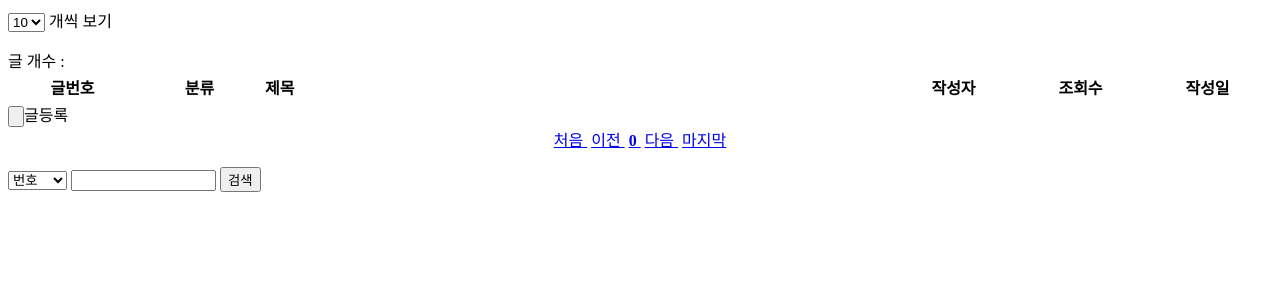
Repository: ekgus419/hckj
Page: http://localhost/Railro/WEB-INF/views/freeBoard/freeBoardList.jsp
The author's editor kept a copy of each file at every save. The page is drawn from the files as they stood at one save, then again after the next save.
The browser window is 1280 px wide. The pictures show the whole page.
The page is served by Tomcat 9. Nobody is signed in. Other server files are loaded and not shown. The template is opened directly, without the code that normally fills it, so the values that code supplies are empty.

Above is the page before, as saved 2016-09-01 13:38:04.

### Railro/src/main/webapp/WEB-INF/views/freeBoard/freeBoardList.jsp
<%@ page language="java" pageEncoding="UTF-8" trimDirectiveWhitespaces="true"%>
<%@ taglib prefix="c" uri="http://java.sun.com/jsp/jstl/core" %>

<div class="content">
	<div class="setting">
		<div class="limit-setting">
			<form action="" method="get">
				<select name="limit" onchange="this.form.submit()">
					<option value="5">5</option>
					<option value="10" selected="selected">10</option>
					<option value="15">15</option>
					<option value="20">20</option>
				</select>
				개씩 보기
			</form>
		</div>
		<span>글 개수 : <b>${listCount}</b></span>
	</div>

	<form name="listForm" action="freeBoardList.htm">
		<input type="hidden" name="pageNo" value=""/>
		<table width="100%">
		  <tr>
		    <th width="10%">글번호</th>
		    <th width="10%">분류</th>
		    <th width="50%" style="text-align: left">제목</th>
		    <th width="10%">작성자</th>
		    <th width="10%">조회수</th>
		    <th width="10%">작성일</th>
		  </tr>

		 <c:forEach var="freeBoard" items="${freeBoardList}">
		  <tr>
		  	<td> ${freeBoard.ID}</td>
		  	<td>${freeBoard.SUBJECT}</td>
		  	<td style="text-align: left"><a href="freeBoardDetail.htm?ID=${freeBoard.ID}">${freeBoard.TITLE}></a></td>
		  	<td>${freeBoard.WRITER}</td>
		  	<td>${freeBoard.HIT}</td>
		  	<td>${freeBoard.REGDATE}</td>
		  </tr>
		  </c:forEach>
		</table>

		<div class="button1">
			<input type="button" onclick="location.href='freeBoardReg.htm'">글등록</input>
		</div>

		<div class="paging" align="center">
			<jsp:include page="../inc/paging.jsp" flush ="true">
				<jsp:param name="firstPageNo" value="${paging.firstPageNo}" />
				<jsp:param name="prevPageNo" value="${paging.prevPageNo}" />
				<jsp:param name="startPageNo" value="${paging.startPageNo}" />
				<jsp:param name="pageNo" value="${paging.pageNo}" />
				<jsp:param name="endPageNo" value="${paging.endPageNo}" />
				<jsp:param name="nextPageNo" value="${paging.nextPageNo}" />
				<jsp:param name="finalPageNo" value="${paging.finalPageNo}" />
			</jsp:include>
		</div>
	</form>

    <!-- 검색입력 폼 -->
	<form method="post" action="freeBoardList.htm">
		<div class="search">
		  	<select name="keyField">
		  		<option value="ID">번호 </option>
		        <option value="WRITER">작성자 </option>
		        <option value="TITLE">제목 </option>
				<option value="CONTENTS">내용 </option>
				<option value="SUBJECT">분류 </option>
		    </select>
		  	<input type="text" name="keyWord" size="15"/>
			<input type="submit" value="검색"/>
		</div>
	 </form>
</div>

### Railro/src/main/webapp/WEB-INF/views/inc/paging.jsp
<%@ page language="java" contentType="text/html; charSet=UTF-8" pageEncoding="UTF-8" %>
<%@ taglib prefix="c" uri="http://java.sun.com/jsp/jstl/core" %>

<style>
.selected{
	font-weight: bold;
}
</style>
<script type="text/javascript">
	function goPage(pageNo){
		document.listForm.pageNo.value = pageNo;
		document.listForm.submit();
	}
</script>

<div class="pagination">
	<a href="javascript:goPage(${param.firstPageNo})" class="first">처음&nbsp;</a>
	<a href="javascript:goPage(${param.prevPageNo})" class="prev">이전&nbsp;</a>
	<span>
		<c:forEach var="i" begin="${param.startPageNo}" end="${param.endPageNo}" step="1">
			<c:choose>
				<c:when test="${i eq param.pageNo}">
					<a href="javascript:goPage(${i})" class="selected">${i}&nbsp;</a>
				</c:when>
				<c:otherwise>
					<a href="javascript:goPage(${i})">${i}&nbsp;</a>
				</c:otherwise>
			</c:choose>
		</c:forEach>
	</span>
	<a href="javascript:goPage(${param.nextPageNo})" class="next">다음&nbsp;</a>
	<a href="javascript:goPage(${param.finalPageNo})" class="last">마지막</a>
</div>

After the next save:
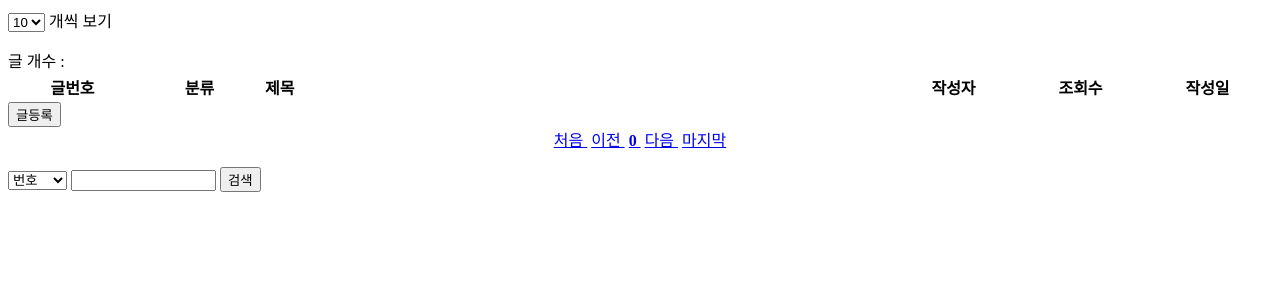
Saved 62 s later.
--- a/Railro/src/main/webapp/WEB-INF/views/freeBoard/freeBoardList.jsp
+++ b/Railro/src/main/webapp/WEB-INF/views/freeBoard/freeBoardList.jsp
@@ -42,7 +42,7 @@
 		</table>
 
 		<div class="button1">
-			<input type="button" onclick="location.href='freeBoardReg.htm'">글등록</input>
+			<input type="button" onclick="location.href='freeBoardReg.htm'" value="글등록"/>
 		</div>
 
 		<div class="paging" align="center">
